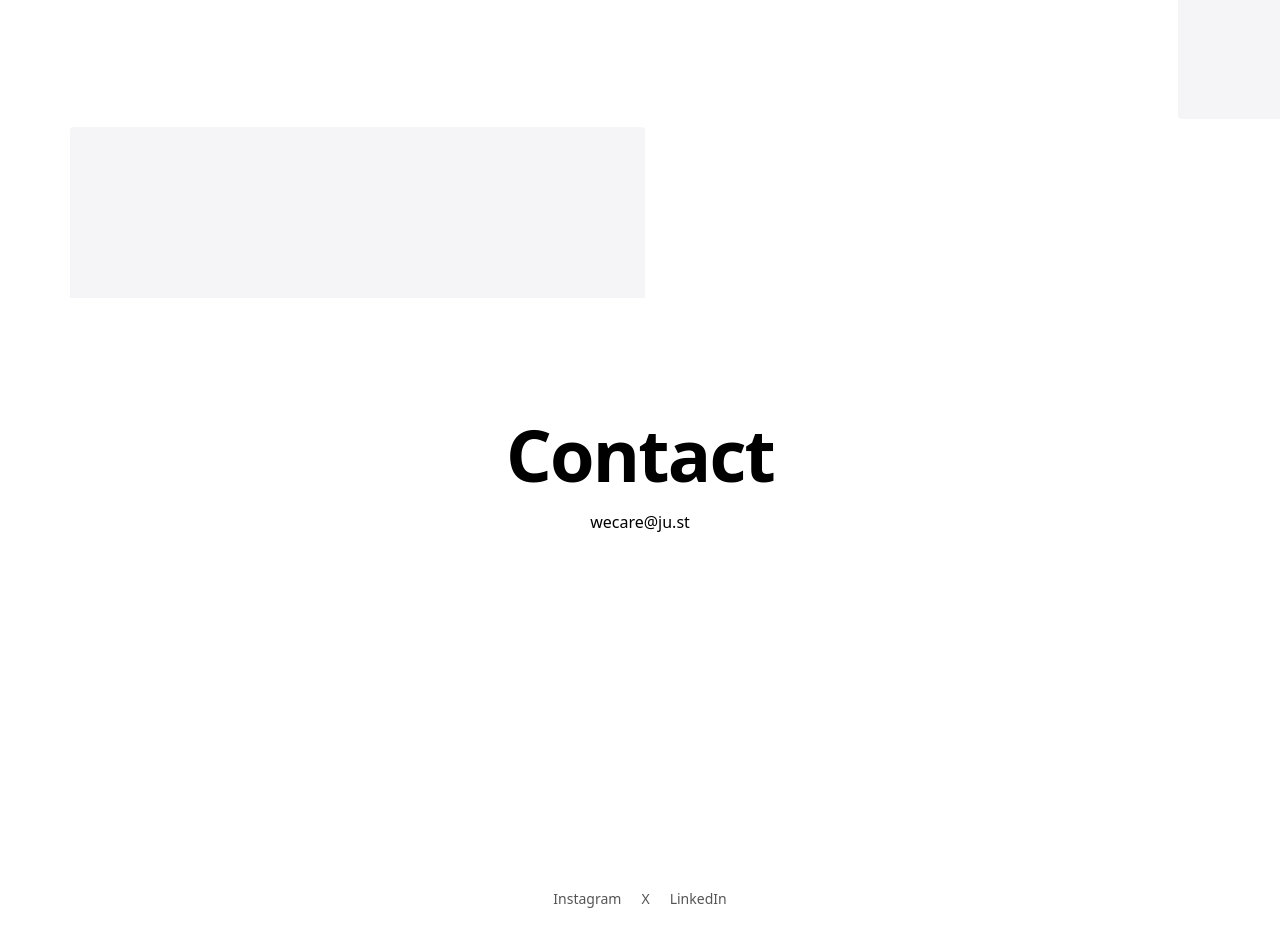
Repository: luiswoldu/personal
Page: /
The author's editor kept a copy of each file at every save. The page is drawn from the files as they stood at one save, then again after the next save.
The browser window is 1280 px wide. The pictures show the part of the page from y = 1889 to 2841 px (the page is 2838 px tall before and 2841 px after).
The project was rebuilt for these pictures with package versions that can differ from the ones it lists, and the page was loaded fresh each time. Some packages were replaced by stand-ins written for this rebuild. Also part of the build but not shown: vite.config.js.

Above is the page before, as saved 2025-01-08 21:27:40.

### index.html
<!doctype html>
<html lang="en">
  <head>
    <meta charset="UTF-8" />
    <link rel="icon" type="image/svg+xml" href="/vite.svg" />
    <meta name="viewport" content="width=device-width, initial-scale=1.0" />
    <link rel="preconnect" href="https://fonts.googleapis.com">
    <link rel="preconnect" href="https://fonts.gstatic.com" crossorigin>
    <link href="https://fonts.googleapis.com/css2?family=Montserrat:wght@400;700&display=swap" rel="stylesheet">
    <title>Vite + React</title>
  </head>
  <body>
    <div id="root"></div>
    <script type="module" src="/src/main.jsx"></script>
  </body>
</html>

### src/index.css
@tailwind base;
@tailwind components;
@tailwind utilities;

/* Reset all containers */
html, body, #root, #app {
  margin: 0 !important;
  padding: 0 !important;
  width: 100vw !important;
  max-width: 100vw !important;
  overflow-x: hidden !important;
}

.gallery-grid {
  width: fit-content;
  height: 750px;
  position: relative;
  margin: 0;
  padding: 24px;
  background-color: #ffffff;
}

.gallery-item {
  background-color: #000000;
  overflow: hidden;
  position: absolute;
  color: white;
  opacity: 0; /* Initially hidden */
  transform: translateY(20px); /* Initial position for animation */
  transition: opacity 0.8s ease-in-out, transform 0.8s ease-in-out; /* Animation on load */
}

/* Apply animation when the tile is in view */
.gallery-item.visible {
  opacity: 1;
  transform: translateY(0); /* Final position */
}

/* Base tile sizes */
.small-tile {
  width: 245px;
  height: 154px;
}

.large-tile {
  width: 520px;
  height: 325px;
}

/* First row - Adjusted gaps to align with large2 */
.small1 { left: 46px; top: 24px; }
.small2 { left: 321px; top: 24px; }
.small3 { left: 598px; top: 24px; }  /* Changed from 595px to 594px */
.large1 { left: 874px; top: 24px; }

/* Second row */
.large2 { left: 46px; top: 200px; }
.small6 { left: 598px; top: 200px; }

/* Third row - Adjusted gaps to align with large2 */
.small4 { left: 46px; top: 548px; }
.small5 { left: 321px; top: 548px; }
.large3 { left: 598px; top: 377px; }  /* Changed from 595px to 594px */

/* Vertically stacked beside large3 */
.small7 {
    left: 1149px;
    top: 376px;
}
.small8 {
    left: 1149px;
    top: 548px;
}
.large1 {
  left: 874px;
  top: 24px;
  height: 330px; /* Increased from 325px to 330px */
}

### src/App.jsx
import { useState } from 'react'
import './App.css'
import TabBar from './components/TabBar'
import ScrollTransformHeader from './components/ScrollTransformHeader.jsx'
import Introduction from './components/Introduction'
import Work from './components/Work'
import Contact from './components/Contact'
import Footer from './components/Footer.jsx'

function App() {
  return (
    <>
      <TabBar />
      <div style={{ paddingTop: '60px', margin: 0, padding: 0, width: '100%' }}>
        <ScrollTransformHeader />
        <Introduction />
        <Work />
        <Contact />
        <Footer />
      </div>
    </>
  );
}

export default App;

### src/components/TabBar.jsx
import React, { useState, useEffect } from 'react';

const TabBar = () => {
  const [activeSection, setActiveSection] = useState('none');

  useEffect(() => {
    const handleScroll = () => {
      const scrollY = window.scrollY;

      if (scrollY < 250) {
        setActiveSection('none');
      } else if (scrollY >= 250 && scrollY < 800) {
        setActiveSection('about');
      } else if (scrollY >= 800 && scrollY < 1760) {
        setActiveSection('work');
      } else if (scrollY >= 1760) {
        setActiveSection('contact');
      }
    };

    window.addEventListener('scroll', handleScroll);
    return () => window.removeEventListener('scroll', handleScroll);
  }, []);

  const getButtonStyle = (buttonName) => ({
    backgroundColor: '#f1f1f1',
    margin: '0 8px',
    padding: '15px 20px',
    paddingTop: '64px',
    paddingBottom: '40px',
    cursor: 'pointer',
    transition: 'all 0.3s ease',
    fontSize: '10.27px',
    fontFamily: 'ui-sans-serif, system-ui, -apple-system, BlinkMacSystemFont, "Segoe UI", Roboto, "Helvetica Neue", Arial, sans-serif',
    fontWeight: '700',
    textTransform: 'uppercase',
    color: activeSection === buttonName.toLowerCase() ? '#000' : '#999',
    border: 'none',
  });

  return (
    <div
      className="tab-bar"
      style={{
        backgroundColor: '#f1f1f1',
        minHeight: '60px',
        position: 'fixed',
        top: 0,
        left: 0,
        right: 0,
        zIndex: 9999,
        display: 'flex',
        justifyContent: 'center',
        alignItems: 'center',
      }}
    >
      <div style={{ display: 'flex', alignItems: 'center', gap: '16px' }}>
        <button style={getButtonStyle('about')}>ABOUT</button>
        <button style={getButtonStyle('work')}>WORK</button>
        <button style={getButtonStyle('contact')}>CONTACT</button>
      </div>
    </div>
  );
};

export default TabBar;

### src/components/ScrollTransformHeader.jsx
import { useState, useEffect } from 'react';

const ScrollTransformHeader = () => {
  const [scrollProgress, setScrollProgress] = useState(0);

  const initialWidth = 805;
  const initialHeight = 330;

  useEffect(() => {
    const handleScroll = () => {
      const progress = Math.min(window.scrollY / 400, 1);
      setScrollProgress(progress);
    };

    window.addEventListener('scroll', handleScroll);
    return () => window.removeEventListener('scroll', handleScroll);
  }, []);

  const getAnimatedDimensions = (progress) => {
    if (progress <= 0.5) {
      const normalizedProgress = progress * 2;
      return {
        width: initialWidth + (window.innerWidth - initialWidth) * normalizedProgress,
        height: initialHeight + (124 - initialHeight) * normalizedProgress
      };
    } else {
      const normalizedProgress = (progress - 0.5) * 2;
      return {
        width: window.innerWidth,
        height: 124 * (1 - normalizedProgress)
      };
    }
  };

  const dimensions = getAnimatedDimensions(scrollProgress);
  const translateY = -218 * scrollProgress;

  return (
    <div className="w-full min-h-[200vh] bg-white relative">
      <div
        className="fixed left-1/2 top-[40%] bg-black transition-transform duration-75 ease-out"
        style={{
          width: `${dimensions.width}px`,
          height: `${dimensions.height}px`,
          transform: `translate(-50%, ${translateY}px)`,
        }}
      >
        <img
          src="https://pbs.twimg.com/ext_tw_video_thumb/1858517907182878720/pu/img/1jUUxnTvvX4G4nta.jpg"  // Replace with the actual image URL
          alt="Your description"
          className="absolute top-0 left-0 w-full h-full object-cover"
          style={{
            transform: 'none',  // Ensure the image is not affected by the container's transform
          }}
        />
      </div>
    </div>
  );
};

export default ScrollTransformHeader;

### src/components/Introduction.jsx
import React, { useState, useEffect } from 'react';

const Introduction = () => {
  const [isVisible, setIsVisible] = useState(false);

  useEffect(() => {
    const handleScroll = () => {
      if (window.scrollY >= 50) {
        setTimeout(() => {
          setIsVisible(true);
        }, 200);
      } else {
        setIsVisible(false);
      }
    };

    window.addEventListener('scroll', handleScroll);
    return () => window.removeEventListener('scroll', handleScroll);
  }, []);

  return (
    <div
      style={{
        display: 'flex',
        justifyContent: 'center',
        alignItems: 'center',
        height: '50vh',
        padding: '0 20px',
        backgroundColor: 'white',
        opacity: isVisible ? 1 : 0,
        transition: 'opacity 0.2s ease-in',
        position: 'relative',
        zIndex: 1,
        marginTop: '-80vh',
        marginBottom: '30vh'
      }}
    >
      <p
        style={{
          maxWidth: '600px',
          textAlign: 'left',
          lineHeight: '1.6',
          fontSize: '18px',
          fontFamily: 'ui-sans-serif, system-ui, -apple-system, BlinkMacSystemFont, "Segoe UI", Roboto, "Helvetica Neue", Arial, sans-serif',
          color: '#666666',
          paddingTop: '60px',
          fontWeight: '400'
        }}
      >
        Welcome, I'm James Owen, a British artist and designer based in San Francisco.
        <br /><br />
        As a former Creative Director at ManvsMachine, I've collaborated with brands such as Apple, Nike, Google, and Xbox. Together, we created remarkable projects that garnered worldwide recognition, including D&AD Pencils, Cannes Gold Lions, and many more.
        <br /><br />
        Currently, I'm creating groundbreaking experiences with the Apple Design Team while consuming copious amounts of tea.
      </p>
    </div>
  );
};

export default Introduction;

### src/components/Work.jsx
import React, { useState, useEffect } from 'react';

const Work = () => {
  const [visibleTiles, setVisibleTiles] = useState(new Set());

  useEffect(() => {
    const handleScroll = () => {
      if (window.scrollY >= 800) {
        for (let i = 1; i <= 11; i++) {
          setTimeout(() => {
            setVisibleTiles(prev => new Set([...prev, i]));
          }, i * 200);
        }
      } else {
        setVisibleTiles(new Set());
      }
    };

    window.addEventListener('scroll', handleScroll);
    return () => window.removeEventListener('scroll', handleScroll);
  }, []);

  const getTileClassName = (number) => {
    const baseClass = number <= 8 ? 'gallery-item small-tile' : 'gallery-item large-tile';
    const specificClass = number <= 8 ? `small${number}` : `large${number - 8}`;
    const animationClass = visibleTiles.has(number) ? 'animate-tile' : '';
    return `${baseClass} ${specificClass} ${animationClass}`;
  };

  return (
    <div className="work-container">
      <div className="gallery-grid">
        {/* Small Tiles */}
        {[...Array(8)].map((_, index) => (
          <div
            key={index + 1}
            className={getTileClassName(index + 1)}
            data-number={index + 1}
          />
        ))}

        {/* Large Tiles */}
        {[...Array(3)].map((_, index) => (
          <div
            key={index + 9}
            className={getTileClassName(index + 9)}
            data-number={index + 9}
          />
        ))}
      </div>

      <style jsx>{`
        .work-container {
          min-height: auto;
          height: 747px;
          background-color: white;
          position: relative;
          z-index: 0;
          padding: 0;
          margin: 0;
          width: auto;
          overflow: hidden;
        }

        .gallery-grid {
          display: grid;
          grid-template-columns: 270px 270px 270px 575px;
          grid-template-rows: 168px 168px 168px 350px;
          gap: 8px;
          margin: 0 auto;
          width: 1499px;
          height: 747px;
          grid-template-areas:
            "small1 small2 small3 large1"
            "small4 small5 small6 large1"
            "large2 large2 small7 large3"
            "large2 large2 small8 large3";
        }

        .gallery-item {
          background-color: #f5f5f7;
          border-radius: 4px;
          overflow: hidden;
          transition: transform 0.3s ease;
        }

        .gallery-item:hover {
          transform: scale(1.05);
        }

        .small-tile {
          width: 270px;
          height: 168px;
        }

        .large-tile {
          width: 575px;
          height: 350px;
        }

        .small1 { grid-area: small1; }
        .small2 { grid-area: small2; }
        .small3 { grid-area: small3; }
        .small4 { grid-area: small4; }
        .small5 { grid-area: small5; }
        .small6 { grid-area: small6; }
        .small7 { grid-area: small7; }
        .small8 { grid-area: small8; }

        .large1 { grid-area: large1; }
        .large2 { grid-area: large2; }
        .large3 { grid-area: large3; }

        .animate-tile {
          animation: fadeInScale 0.5s ease forwards;
        }

        @keyframes fadeInScale {
          from {
            opacity: 0;
            transform: scale(0.9);
          }
          to {
            opacity: 1;
            transform: scale(1);
          }
        }
      `}</style>
    </div>
  );
};

export default Work;

### src/components/Contact.jsx
import React, { useEffect, useState } from 'react';
import { useInView } from 'react-intersection-observer';
import './Contact.css';

const Contact = () => {
  const [isLoaded, setIsLoaded] = useState(false);
  const [titleRef, titleInView] = useInView({
    triggerOnce: true,
    threshold: 0.6,
  });

  const [emailRef, emailInView] = useInView({
    triggerOnce: true,
    threshold: 0.6,
  });

  useEffect(() => {
    setIsLoaded(true);
  }, []);

  return (
    <div
      style={{
        height: '550px',
        backgroundColor: 'white',
        position: 'relative',
        zIndex: 1,
        margin: 0,
        padding: '120px 0 40px 0',
        width: '100%',
      }}
    >
      <h1
        ref={titleRef}
        className={`text-6xl md:text-7xl font-bold text-center tracking-tight ${
          isLoaded ? (titleInView ? 'animate-text' : 'hidden-text') : ''
        }`}
      >
        Contact
      </h1>

      <a
        ref={emailRef}
        href="mailto:wecare@ju.st"
        className={`block text-center mt-5 ${
          isLoaded ? (emailInView ? 'animate-email' : 'hidden-email') : ''
        }`}
      >
        wecare@ju.st
      </a>
    </div>
  );
};

export default Contact;

### src/components/Footer.jsx
import React from 'react';

const Footer = () => {
  return (
    <div
      style={{
        textAlign: 'center',
        fontSize: '14px',
        padding: '40px 0', // Increased padding for top and bottom
        color: '#555',
      }}
    >
      <a
        href="https://instagram.com"
        target="_blank"
        rel="noopener noreferrer"
        style={{
          textDecoration: 'none',
          color: '#555',
          margin: '0 10px',
        }}
      >
        Instagram
      </a>
      <a
        href="https://twitter.com"
        target="_blank"
        rel="noopener noreferrer"
        style={{
          textDecoration: 'none',
          color: '#555',
          margin: '0 10px',
        }}
      >
        X
      </a>
      <a
        href="https://linkedin.com"
        target="_blank"
        rel="noopener noreferrer"
        style={{
          textDecoration: 'none',
          color: '#555',
          margin: '0 10px',
        }}
      >
        LinkedIn
      </a>
    </div>
  );
};

export default Footer;

### src/components/Contact.css
/* Initial hidden state for both title and email */
.hidden-text, .hidden-email {
  opacity: 0;
  transform: translateY(20px);
  transition: opacity 0.8s ease-in-out, transform 0.8s ease-in-out;
}

/* Animation class for text and email */
.animate-text, .animate-email {
  opacity: 1;
  transform: translateY(0);
  transition: opacity 0.8s ease-in-out, transform 0.8s ease-in-out;
}

/* Optionally add more smoothness for the email animation */
.animate-email {
  transition-delay: 0.2s; /* Slight delay for the email */
}

/* Optional additional styling to make the email look better */
a {
  text-decoration: none;
  color: inherit;
}

Loaded but not shown: src/main.jsx (common file); src/App.css (common file); tailwind.config.js (common file)

After the next save:
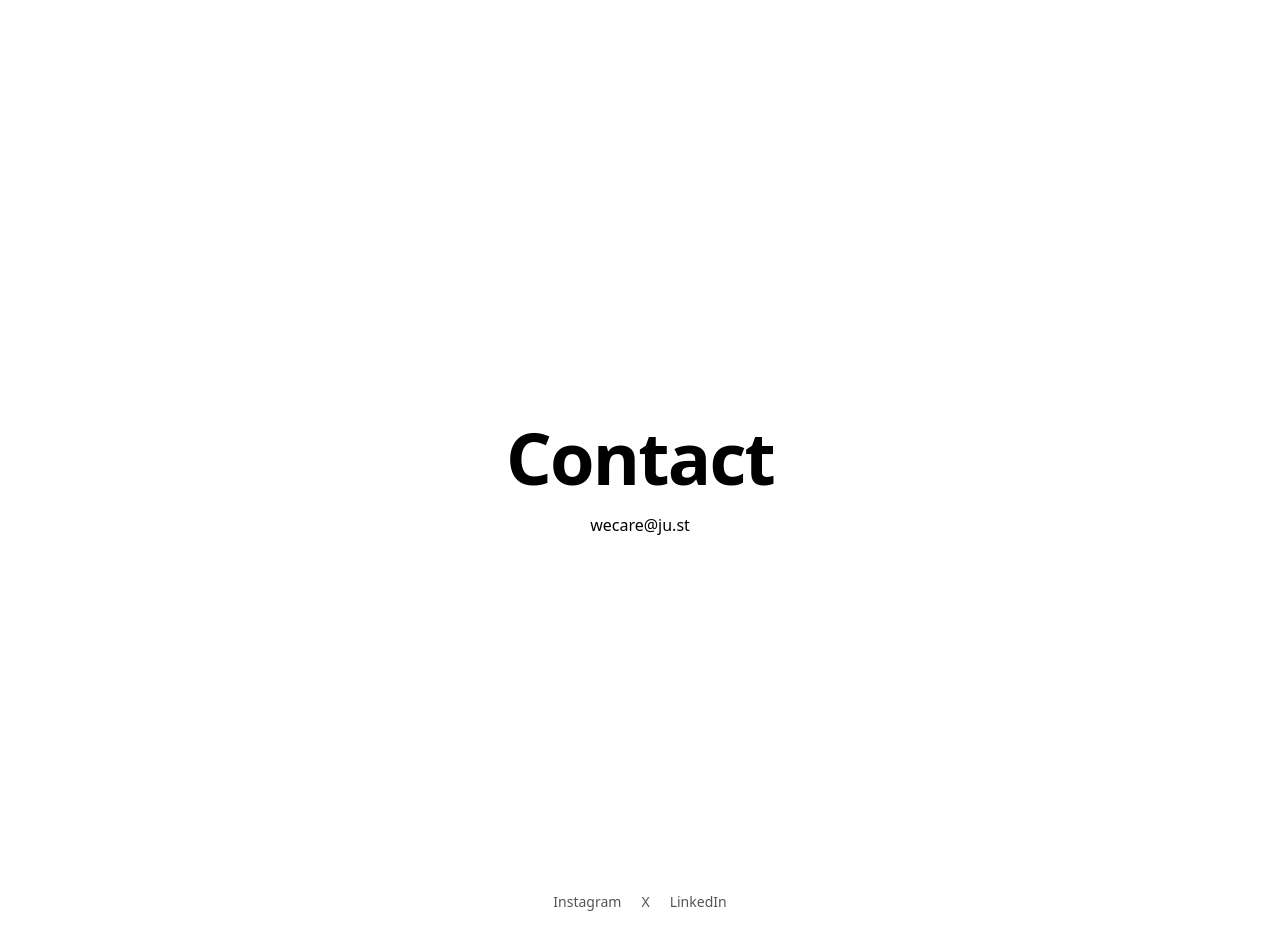
Saved 5 min 0 s later.
--- a/src/components/Work.jsx
+++ b/src/components/Work.jsx
@@ -1,32 +1,6 @@
-import React, { useState, useEffect } from 'react';
+import React from 'react';
 
 const Work = () => {
-  const [visibleTiles, setVisibleTiles] = useState(new Set());
-
-  useEffect(() => {
-    const handleScroll = () => {
-      if (window.scrollY >= 800) {
-        for (let i = 1; i <= 11; i++) {
-          setTimeout(() => {
-            setVisibleTiles(prev => new Set([...prev, i]));
-          }, i * 200);
-        }
-      } else {
-        setVisibleTiles(new Set());
-      }
-    };
-
-    window.addEventListener('scroll', handleScroll);
-    return () => window.removeEventListener('scroll', handleScroll);
-  }, []);
-
-  const getTileClassName = (number) => {
-    const baseClass = number <= 8 ? 'gallery-item small-tile' : 'gallery-item large-tile';
-    const specificClass = number <= 8 ? `small${number}` : `large${number - 8}`;
-    const animationClass = visibleTiles.has(number) ? 'animate-tile' : '';
-    return `${baseClass} ${specificClass} ${animationClass}`;
-  };
-
   return (
     <div className="work-container">
       <div className="gallery-grid">
@@ -34,8 +8,7 @@ const Work = () => {
         {[...Array(8)].map((_, index) => (
           <div
             key={index + 1}
-            className={getTileClassName(index + 1)}
-            data-number={index + 1}
+            className={`gallery-item small-tile small${index + 1}`}
           />
         ))}
 
@@ -43,89 +16,10 @@ const Work = () => {
         {[...Array(3)].map((_, index) => (
           <div
             key={index + 9}
-            className={getTileClassName(index + 9)}
-            data-number={index + 9}
+            className={`gallery-item large-tile large${index + 1}`}
           />
         ))}
       </div>
-
-      <style jsx>{`
-        .work-container {
-          min-height: auto;
-          height: 747px;
-          background-color: white;
-          position: relative;
-          z-index: 0;
-          padding: 0;
-          margin: 0;
-          width: auto;
-          overflow: hidden;
-        }
-
-        .gallery-grid {
-          display: grid;
-          grid-template-columns: 270px 270px 270px 575px;
-          grid-template-rows: 168px 168px 168px 350px;
-          gap: 8px;
-          margin: 0 auto;
-          width: 1499px;
-          height: 747px;
-          grid-template-areas:
-            "small1 small2 small3 large1"
-            "small4 small5 small6 large1"
-            "large2 large2 small7 large3"
-            "large2 large2 small8 large3";
-        }
-
-        .gallery-item {
-          background-color: #f5f5f7;
-          border-radius: 4px;
-          overflow: hidden;
-          transition: transform 0.3s ease;
-        }
-
-        .gallery-item:hover {
-          transform: scale(1.05);
-        }
-
-        .small-tile {
-          width: 270px;
-          height: 168px;
-        }
-
-        .large-tile {
-          width: 575px;
-          height: 350px;
-        }
-
-        .small1 { grid-area: small1; }
-        .small2 { grid-area: small2; }
-        .small3 { grid-area: small3; }
-        .small4 { grid-area: small4; }
-        .small5 { grid-area: small5; }
-        .small6 { grid-area: small6; }
-        .small7 { grid-area: small7; }
-        .small8 { grid-area: small8; }
-
-        .large1 { grid-area: large1; }
-        .large2 { grid-area: large2; }
-        .large3 { grid-area: large3; }
-
-        .animate-tile {
-          animation: fadeInScale 0.5s ease forwards;
-        }
-
-        @keyframes fadeInScale {
-          from {
-            opacity: 0;
-            transform: scale(0.9);
-          }
-          to {
-            opacity: 1;
-            transform: scale(1);
-          }
-        }
-      `}</style>
     </div>
   );
 };
